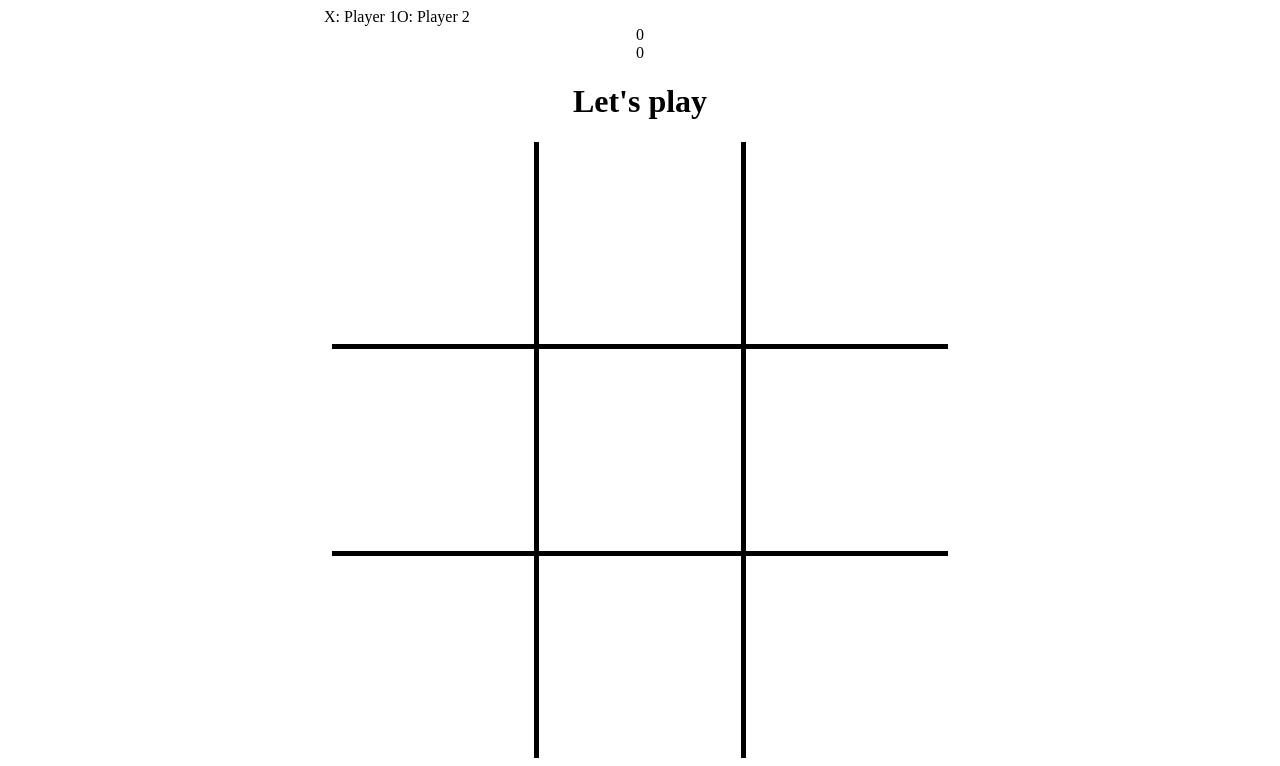
Repository: anas-essaguiar/epita.advancedWeb
Page: tictatoe/index.html
These files come from the project's save history. The page is drawn as it stood at one moment and after the next save; the edit follows.
The browser window is 1280 px wide. The pictures show the whole page.

Above is the page before, as saved 2021-04-23 16:08:54.

After the next save:
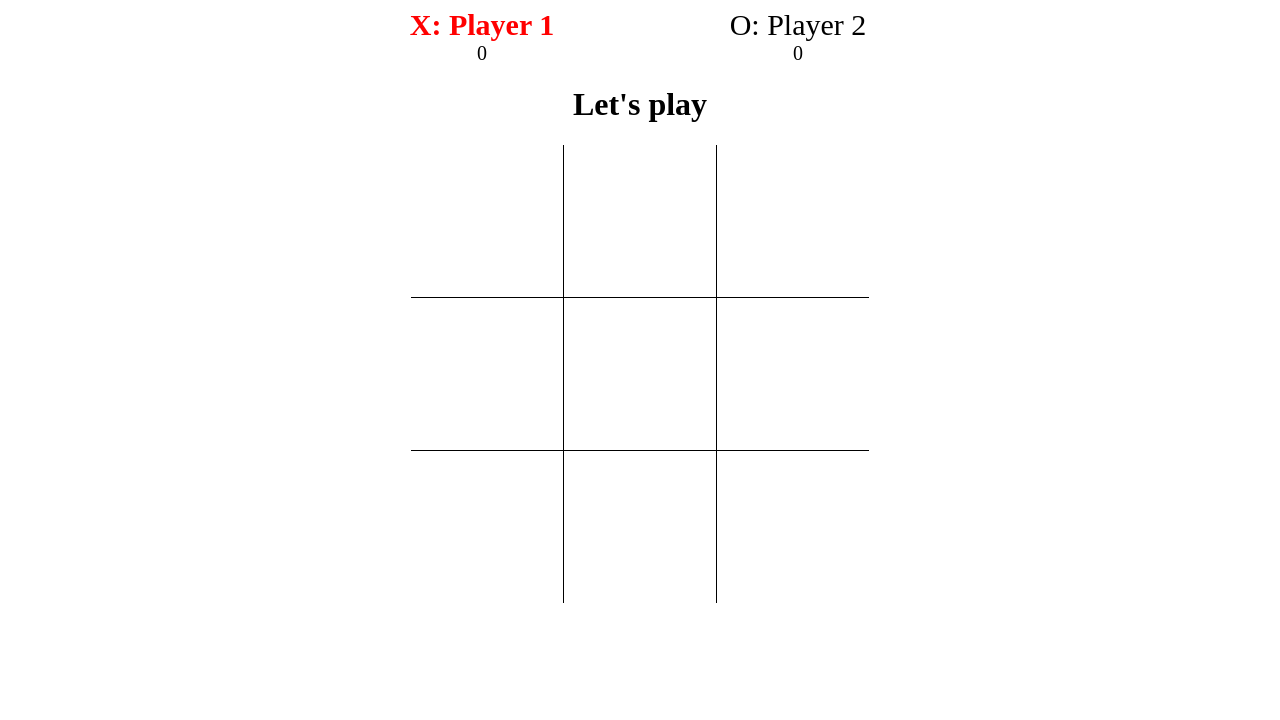
Saved 100 s later.
--- a/tictatoe/style.css
+++ b/tictatoe/style.css
@@ -13,18 +13,6 @@ body {
 	width: 50%;
 	margin: auto;
 }
-#scoreboard .score {
-    text-align: center;
-    font-size: 30px
-  }
-
-  #scoreboard .score#player1 {
-    color: #2900e0;
-  }
-
-  #scoreboard .score#player2 {
-    color: #c00404;
-  }
 
 
 
@@ -40,3 +28,70 @@ body {
   .col:hover {
 	background-color: grey;
 }
+
+
+
+
+.player {
+	width: 50%;
+	text-align: center;
+	font-size: 30px;
+}
+
+.player.active {
+	font-weight: bold;
+	color: red;
+}
+
+#table_game {
+	border-collapse: collapse;
+    margin: 50px auto;
+}
+
+.col {
+	border: 1px solid black;
+	width: 150px;
+	height: 150px;
+	text-align: center;
+}
+
+.col:hover {
+	background: #E3DCCC;
+	cursor: pointer;
+}
+
+.win {
+	border: 1px solid rgb(11, 105, 66);
+	background: #c7ffbc;
+	color: rgb(11, 105, 66);
+}
+
+#msg {
+	text-align: center;
+	margin: 50px auto 0px;
+	font-weight: bold;
+	border: 1px solid rgb(11, 105, 66);
+	display: none;
+	width: 50%;
+	padding: 20px;
+	background: #c7ffbc;
+	color: rgb(11, 105, 66);
+	border-radius: 10px;
+}
+
+#scores {
+	display: flex;
+	width: 50%;
+	margin: auto;
+}
+
+.score {
+	width: 50%;
+	text-align: center;
+	font-size: 20px;
+}
+
+a {
+	color: red;
+	text-decoration: none;
+}
